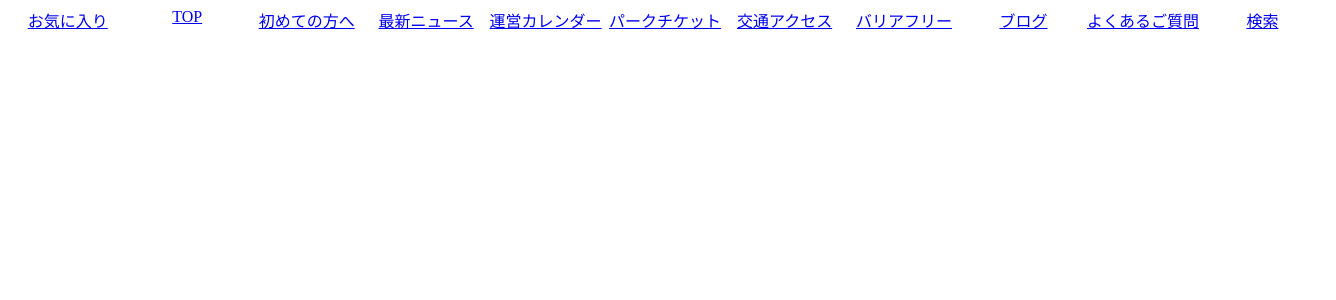
Repository: mizoguhi/mizoguhi
Page: 004_navigation/disney_navigation.html
The author's editor kept a record of every edit. The page is drawn from the files as they stood at one moment, then again after the next edit.
The browser window is 1280 px wide. The page is 1336 px wide, so the pictures cover 1336 px, including what lies to the right of the window. The pictures show the whole page.

Above is the page before.

### 004_navigation/disney_navigation.html
<!DOCTYPE html>
<html lang="en">
<head>
    <meta charset="UTF-8">
    <meta name="viewport" content="width=device-width, initial-scale=1.0">
    <meta http-equiv="X-UA-Compatible" content="ie=edge">
    <title>Document</title>
</head>
<body>
    <div class="header-inner js-scroll-wrap">
		<ul class="js-scroll-contents" style="width: 1327.5px;">
			<li class="smenu-favorite"><a href="/favorite.html"><span>お気に入り</span></a></li>
			<li class="smenu-top is-active"><a href="/tdr/"><span>TOP</span></a></li>
			<li class="smenu-beginner"><a href="/tdr/guide.html"><span>初めての方へ</span></a></li>
			<li class="smenu-news"><a href="/tdr/news.html"><span>最新ニュース</span></a></li>
			<li class="smenu-calendar"><a href="/tdr/calendar.html"><span>運営カレンダー</span></a></li>
			<li class="smenu-ticket"><a href="/ticket/"><span>パークチケット</span></a></li>
			<li class="smenu-traffic"><a href="/tdr/access.html"><span>交通アクセス</span></a></li>
			<li class="smenu-barrierfree"><a href="/tdr/bfree.html"><span>バリアフリー</span></a></li>
			<li class="smenu-blog"><a href="/tdrblog/"><span>ブログ</span></a></li>
			<li class="smenu-help"><a href="https://faq.tokyodisneyresort.jp/tdr/"><span>よくあるご質問</span></a></li>
			<li class="smenu-search"><a href="/search.html"><span>検索</span></a></li>
		</ul>
	</div>

	<style type="text/css">
	    .header-inner {
	        height: 100px;
	    }
	    ul {
	        width: 100%;
	        padding: 0;
	        margin: 0;
	    }
	    li {
	            float: left;
                width: 9%;
                height: 94px;
                text-align: center;
                position: relative;
                list-style: none;
	    }
	</style>
</body>
</html>

After the next edit:
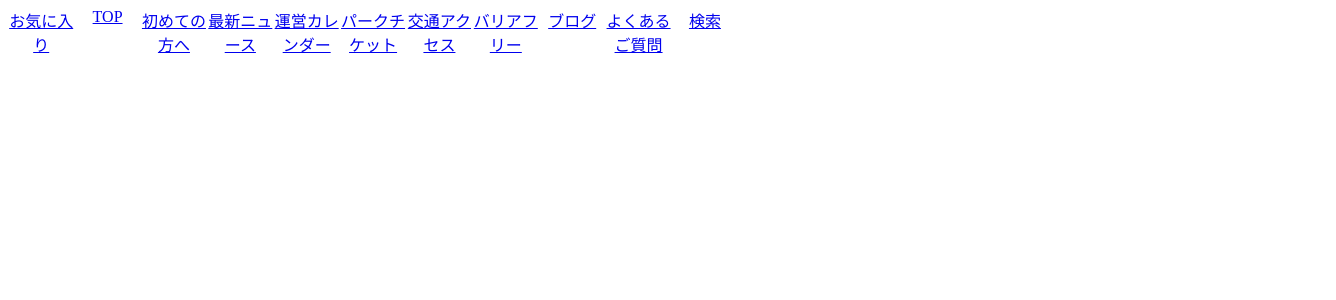
The edit:
--- a/004_navigation/disney_navigation.html
+++ b/004_navigation/disney_navigation.html
@@ -34,7 +34,7 @@
 	    }
 	    li {
 	            float: left;
-                width: 9%;
+                width: 5%;
                 height: 94px;
                 text-align: center;
                 position: relative;
